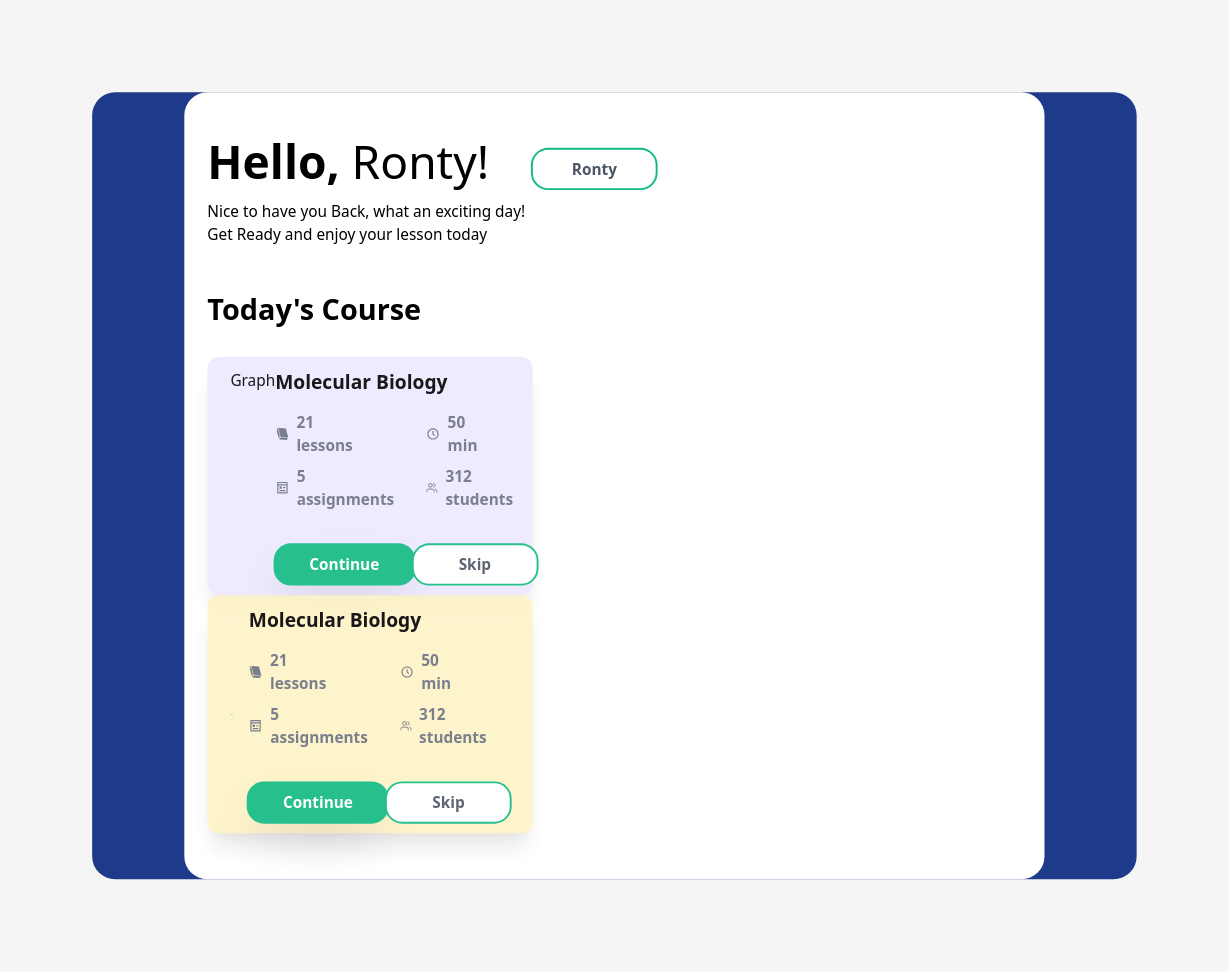
Repository: coolronts/Vite-Tailwind
Page: /
An editor plug-in stored every save of this project. The page is shown before and after the next save, followed by the edit.
The browser window is 1280 px wide. The pictures show the whole page, at 96% of full size.
The project was rebuilt for these pictures with package versions that can differ from the ones it lists, and the page was loaded fresh each time. Also part of the build but not shown: vite.config.js.

Above is the page before, as saved 2021-11-26 13:57:12.

### src/App.jsx
import './App.css'

import {Course, Intro} from './Section'
import { PrimaryButton, SecondaryButton } from './components/Button'

import Class from './Section/Class'
import {PrimaryCard} from './components/Card'
import SplitScreen from './components/SplitScreen'

function App() {

  return (

    <div className="App ">
      <div className=" bg-blue-900 m-24 rounded-3xl">
      <div className="bg-white my-12 mx-24 rounded-3xl px-6 py-12">
      <SplitScreen leftWeight = 'w-2/5'>
        <div id="left">
          <Intro/>
          <div id="course">
            <p className="text-3xl font-bold  font-sans mb-8">Today's Course</p>
            <PrimaryCard>
              <Course/>
            </PrimaryCard>
            <PrimaryCard color="yellow">
              <Class/>
            </PrimaryCard>
          </div>
        </div>

        <div id="right">
          <SecondaryButton name="Ronty"/>
        </div>


        </SplitScreen>
        </div>
      </div>
      </div>
  )
}

export default App

### src/Section/index.js
import Course from "./Course";
import Intro from "./Intro";

export { Intro, Course };

### src/components/Button/index.jsx
import React from 'react'

export const PrimaryButton = ({name}) =>{
  return (
    <button className="bg-green-500 w-36 py-2 ring-2 ring-green-500 text-white text-md font-semibold shadow-2xl rounded-2xl mt-3">
      {name}
    </button>
  )
}

export const SecondaryButton = ({name}) =>{
  return (
    <button className="bg-white w-32 py-2 ring-2 ring-green-500 text-gray-600 text-md font-semibold  rounded-2xl mt-3">
      {name}
    </button>
  )
}

### src/Section/Class/index.jsx
import {PrimaryButton, SecondaryButton} from '../../components/Button'

import { BiTimeFive } from 'react-icons/bi'
import {FiUsers} from 'react-icons/fi'
import { GiWhiteBook } from 'react-icons/gi'
import React from 'react'
import { RiPagesLine } from 'react-icons/ri'
import SplitScreen from '../../components/SplitScreen'

export default function Class({
  course = "Molecular Biology",
  lessons = "21",
  assignments = "5",
  time = "50",
  students = "312"
}) {
  return (
    <SplitScreen leftWeight = 'w-1/3 mr-4' rightWeight = 'w-full'>
      <div id="left" className="flex flex-col justify-center h-full ">
        <img className="rounded-2xl" src="data:[embedded picture, 7543 characters]" alt=""/>
      </div>
      <div id="right">
        <h4 className="font-bold text-xl mb-4">{course}</h4>
        <div className="flex flex-col w-5/6">
          <div className="flex  text-gray-500 font-semibold mb-2">
            <p className="flex items-center mr-16"> <GiWhiteBook className="mr-2"/>  {lessons} lessons</p>
            <p className="flex items-center"> <BiTimeFive className="mr-2"/>  {time} min</p>
          </div>
          <div className="flex  text-gray-500 font-semibold text-left">
            <p className="flex items-center mr-8"> <RiPagesLine className="mr-2"/>  {assignments} assignments</p>
            <p className="flex items-center"> <FiUsers className="mr-2"/>  {students} students</p>
          </div>
        </div>
        <div className="flex justify-around mt-6">
          <PrimaryButton name="Continue" />
          <SecondaryButton name="Skip" />
        </div>
      </div>
    </SplitScreen>
  )
}

### src/components/Card/index.jsx
import React from 'react'

export const PrimaryCard =({children, color="purple"}) => {
  return (
    <div className={`bg-${color}-100 py-3 px-6 rounded-xl shadow-xl opacity-90`}>
      {children}
    </div>
  )
}

### src/components/SplitScreen/index.jsx
import PropTypes from 'prop-types'
import React from "react"
import tw from "tailwind-styled-components"

const Container = tw.div`${(props) => props.weight}`;

const Pane = tw.div`${(props) => props.weight}`;

const SplitScreen = ({
	children,
	containerWeight = 'flex w-full',
  leftWeight = 'w-1/2',
	rightWeight = 'w-1/2',
}) => {
	const [left, right] = children;
	return (
		<Container className={containerWeight}>
			<Pane className={leftWeight}>
				{left}
			</Pane>
			<Pane className={rightWeight}>
				{right}
			</Pane>
		</Container>
	);
}

export default SplitScreen

SplitScreen.propTypes = {
	children: PropTypes.arrayOf(PropTypes.node).isRequired,
	containerWeight: PropTypes.string,
	leftWeight: PropTypes.string,
	rightWeight: PropTypes.string,
}

### src/Section/Course/index.jsx
import {PrimaryButton, SecondaryButton} from '../../components/Button'

import {BiTimeFive} from 'react-icons/bi'
import {FiUsers} from 'react-icons/fi'
import { GiWhiteBook } from 'react-icons/gi'
import React from 'react'
import { RiPagesLine } from 'react-icons/ri'
import SplitScreen from '../../components/SplitScreen'

export default function Course({
  course = "Molecular Biology",
  lessons = "21",
  assignments = "5",
  time = "50",
  students = "312"
}) {
  return (
    <SplitScreen leftWeight = 'w-1/5' rightWeight = 'w-full'>
      <div id="left">
        Graph
      </div>
      <div id="right">
        <h4 className="font-bold text-xl mb-4">{course}</h4>
        <div className="flex flex-col w-5/6">
          <div className="flex  text-gray-500 font-semibold mb-2">
            <p className="flex items-center mr-16"> <GiWhiteBook className="mr-2"/>  {lessons} lessons</p>
            <p className="flex items-center"> <BiTimeFive className="mr-2"/>  {time} min</p>
          </div>
          <div className="flex  text-gray-500 font-semibold text-left">
            <p className="flex items-center mr-8"> <RiPagesLine className="mr-2"/>  {assignments} assignments</p>
            <p className="flex items-center"> <FiUsers className="mr-2"/>  {students} students</p>
          </div>
        </div>
        <div className="flex justify-around mt-6">
          <PrimaryButton name="Continue" />
          <SecondaryButton name="Skip" />
        </div>
      </div>
    </SplitScreen>
  )
}

### src/Section/Intro/index.jsx
import React from 'react'

export default function Intro({name}) {
  return (
    <div className="mb-12">
      <h3 className="text-5xl font-sans font-bold mb-4">Hello, <span className="font-light">Ronty!</span> </h3>
      <div className="font-semibold tracking-wide text-gray-500">

      </div>
      <h5>Nice to have you Back, what an exciting day!</h5>
      <h5>Get Ready and enjoy your lesson today</h5>
    </div>
  )
}

Loaded but not shown: index.html (common file); src/main.jsx (common file); src/index.css (common file); src/App.css (common file); tailwind.config.js (common file)

After the next save:
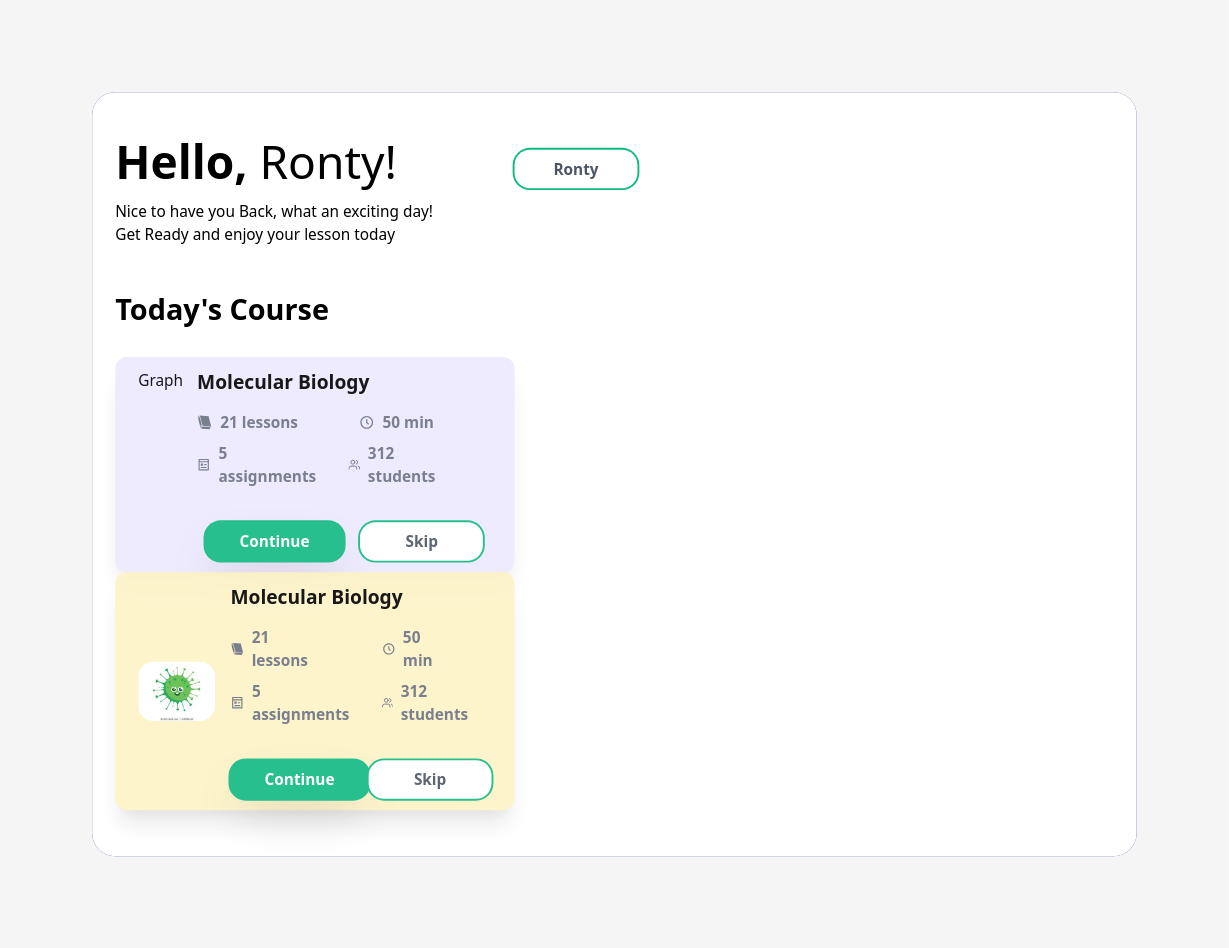
Saved 8 s later.
--- a/src/App.jsx
+++ b/src/App.jsx
@@ -13,7 +13,7 @@ function App() {
 
     <div className="App ">
       <div className=" bg-blue-900 m-24 rounded-3xl">
-      <div className="bg-white my-12 mx-24 rounded-3xl px-6 py-12">
+      <div className="bg-white my-12 rounded-3xl px-6 py-12">
       <SplitScreen leftWeight = 'w-2/5'>
         <div id="left">
           <Intro/>
